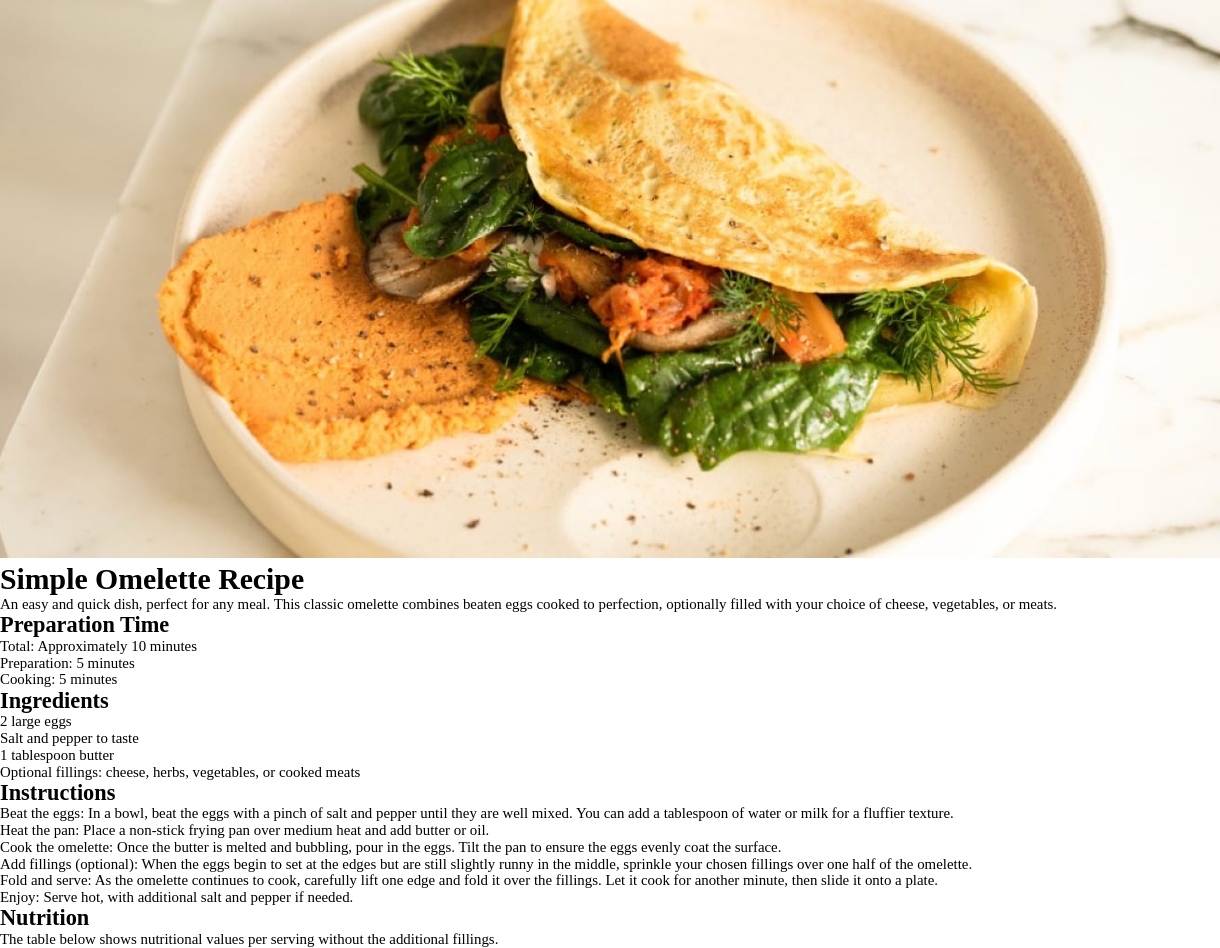
Repository: akbasliogulcan/omletterecipe
Page: index.html
An editor plug-in stored every save of this project. The page is shown before and after the next save, followed by the edit.
The browser window is 1280 px wide. The page is 1312 px wide, then 1280 px, so the pictures cover 1312 px, including what lies to the right of the window. The pictures show the whole page, at 93% of full size.

Above is the page before, as saved 2025-07-20 17:34:08.

After the next save:
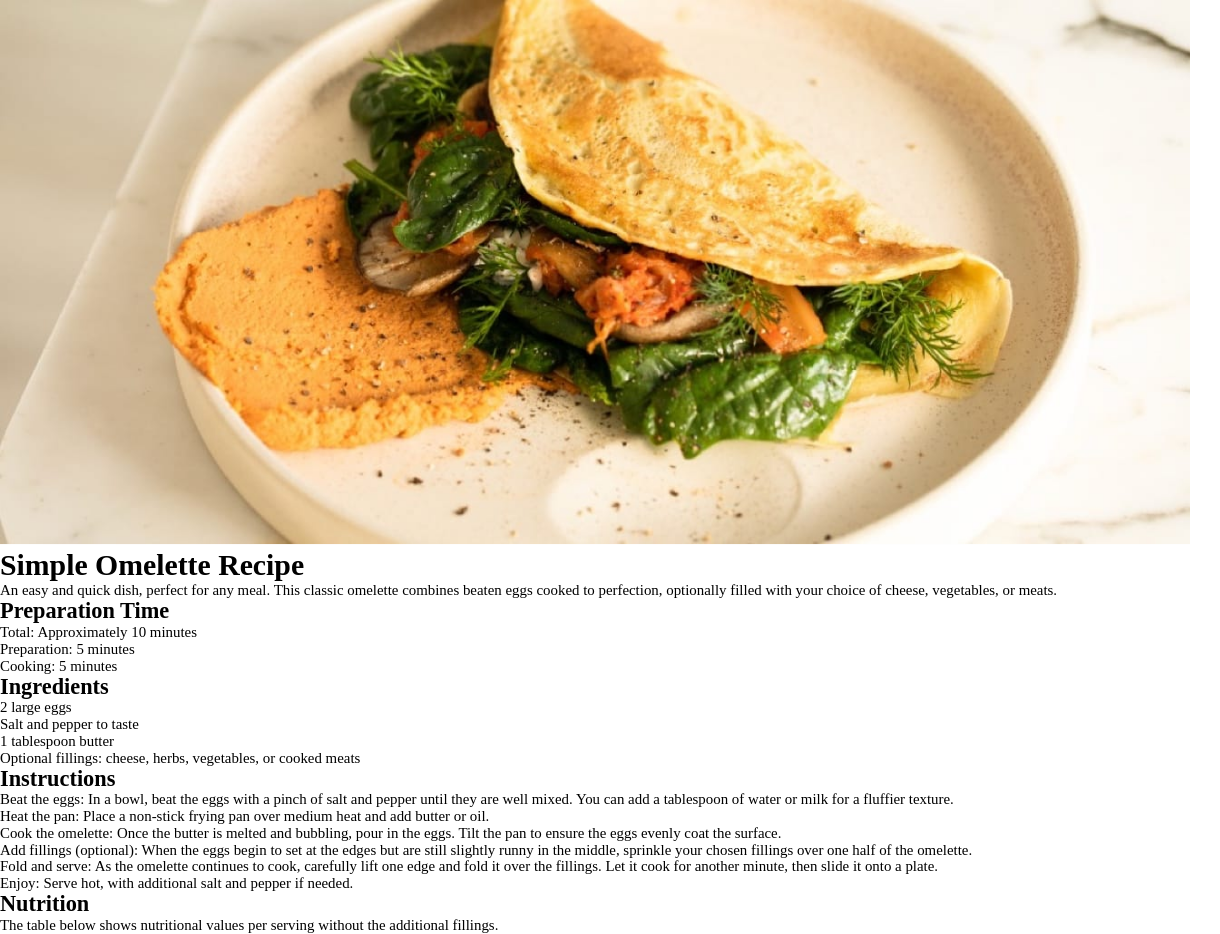
Saved 48 s later.
--- a/style.css
+++ b/style.css
@@ -2,6 +2,11 @@
   margin: 0;
   padding: 0;
   box-sizing: border-box;
+}
+
+.omelette img {
+  max-width: 100%;
+  height: auto;
 }
 
 .simple {
